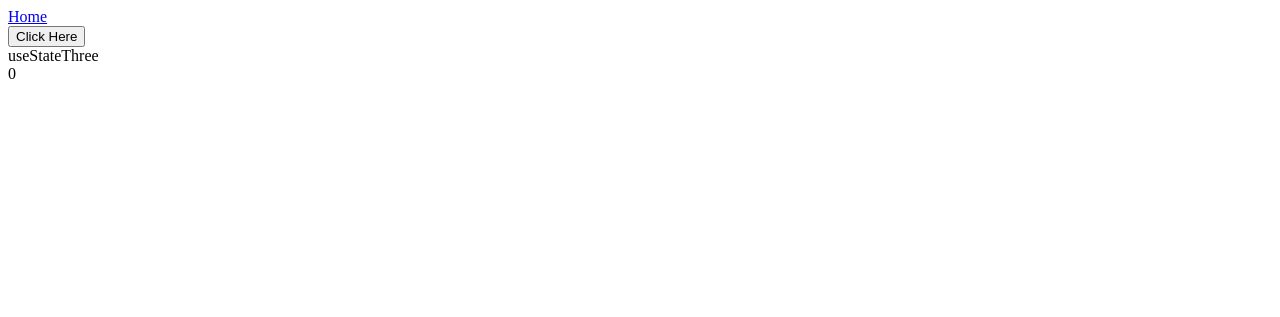
Repository: anoncoderin/dcd-week3-useEffect-carousel
Page: /useEffectThree
These files come from the project's save history. The page is drawn as it stood at one moment and after the next save; the edit follows.
The browser window is 1280 px wide. The pictures show the whole page.
The project was rebuilt for these pictures with package versions that can differ from the ones it lists, and the page was loaded fresh each time. The framework's server and built-in components were replaced by stand-ins that run in the browser. Also part of the build but not shown: next.config.js.

Above is the page before, as saved 2023-02-20 14:32:40.

### pages/useEffectThree.js
import Link from "next/link"
import { useState, useEffect } from "react"
import styles from '/styles/useEffectThree.module.css'


export default function useEffectThree(){
    const [number, setNumber]= useState(0);

    const [value, setValue]= useState(-10);

    useEffect(()=>{
        setValue(value + 10);
    }, [number])

    return(
        <>
        <div className={styles.alignit}>
        <Link href="/">Home</Link>
        <div>
            <button onClick={()=> setNumber(number + 1)}>Click Here</button>
        </div>
        <div>
            useStateThree
        </div>
        <div>
            {value}
        </div>
        </div>
        </>
    )
}

### styles/globals.css
:root {

  }

### styles/useEffectThree.module.css
.alignit{

}

Loaded but not shown: pages/_app.js (common file); pages/_document.js (common file)

After the next save:
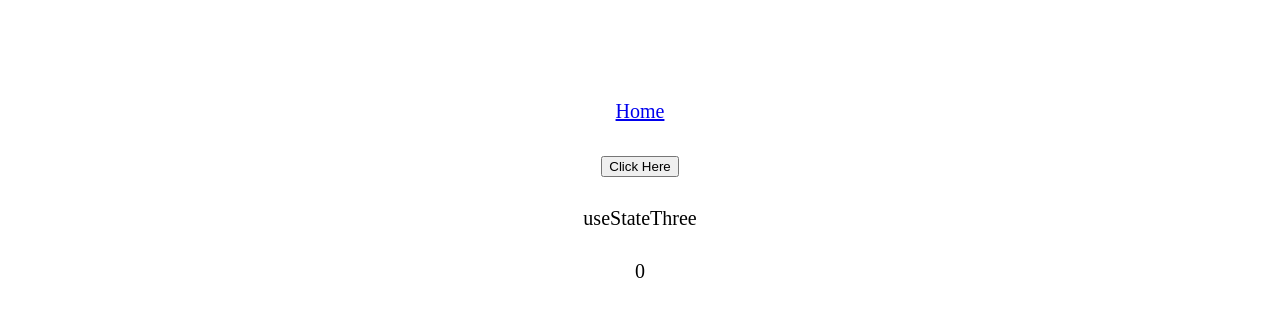
Saved 30 s later.
--- a/styles/useEffectThree.module.css
+++ b/styles/useEffectThree.module.css
@@ -1,3 +1,8 @@
 .alignit{
-
+    display: flex;
+    flex-direction: column;
+    align-items: center;
+    gap: 30px;
+    margin-top: 100px;
+    font-size: 20px;
 }
